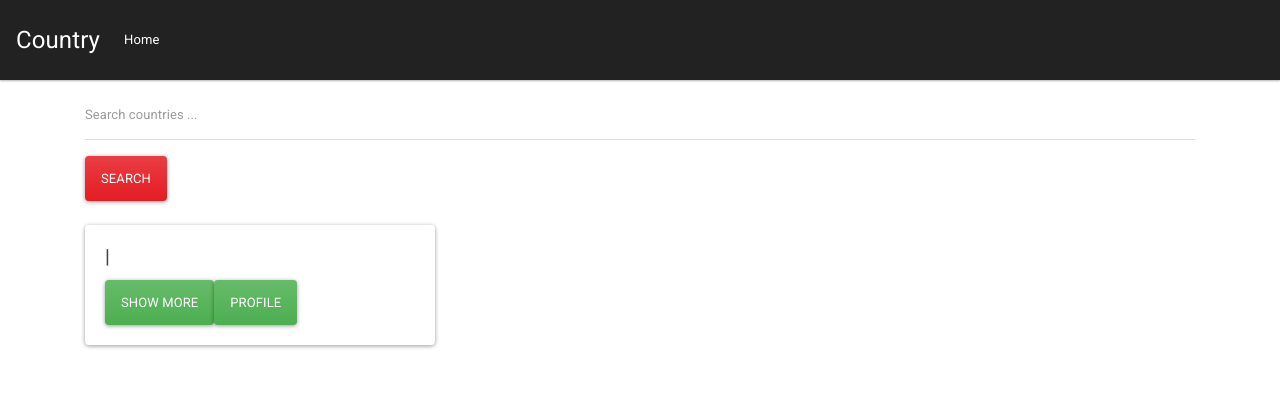
Repository: abdelhak-f/Countries_React
Page: / (app in client/)
An editor plug-in stored every save of this project. The page is shown before and after the next save, followed by the edit.
The browser window is 1280 px wide. The pictures show the whole page.
The page's requests for data from a server got no answer. The project was rebuilt for these pictures with package versions that can differ from the ones it lists, and the page was loaded fresh each time. No one was signed in, and anything a server would have sent is missing.

Above is the page before, as saved 2021-05-07 10:45:14.

### client/src/App.js
import  React from 'react';
import './App.css';
import Countries from  './components/Countries';
import  Navbar from './components/partials/Navbar';

function App() {
  return (
    <div className="App">
      <Navbar />
      <div className="container">
             <Countries />
      </div>

    </div>
  );
}

export default App;

### client/src/components/Countries.jsx
import React, { Component } from 'react';
import  Country  from  './countrys/Country';
import SearchCountry from './countrys/SearchCountry';
import axios from 'axios';

class Countries extends Component {

    constructor(props) {
        super(props)

        this.state = {
             countries: [
                 {

                 }
             ]
        }
    }
    getCountry = () => {
        axios.get(`https://restcountries.eu/rest/v2/all`)
                       .then(response => {
                           this.setState({
                            countries: response.data
                           })
                       })
    }
    componentDidMount() {
        this.getCountry();
    }
    searchCountryFromGet =(data) => {
         if(data != ''){
              axios.get(`https://restcountries.eu/rest/v2/name/{name}{data}`)
              .then(response => {
                  console.log(response)
              })
         }
    }

  render() {
    return (
      <div>
          <div className="row   my-2">
              <div className="col-md-12">
       <SearchCountry getCountrySearch={this.searchCountryFromGet } />
              </div>
          </div>
          <div className="row">
        {this.state.countries.map (country => (
            <div className="col-md-4 mt-3 key={name.id}">
              <Country  country={country} />
               </div>
        ))}
        </div>
      </div>
    )
  }
}

export default Countries

### client/src/components/partials/Navbar.jsx
import React from 'react';

export default function Navbar() {
  return (
    <>
    <nav className="navbar navbar-expand-sm navbar-dark bg-dark">
        <a className="navbar-brand" href="#">Country</a>
        <button className="navbar-toggler d-lg-none" type="button" data-toggle="collapse" data-target="#collapsibleNavId" aria-controls="collapsibleNavId"
            aria-expanded="false" aria-label="Toggle navigation">
            <span className="navbar-toggler-icon"></span>
        </button>
        <div className="collapse navbar-collapse" id="collapsibleNavId">
            <ul className="navbar-nav mr-auto mt-2 mt-lg-0">
                <li className="nav-item active">
                    <a className="nav-link" href="#">Home <span className="sr-only">(current)</span></a>
                </li>
            </ul>

        </div>
    </nav>
    </>
  );
}

### client/src/components/countrys/Country.jsx
import React, { Component } from 'react'

class Country extends Component {
  render() {
    return (
      <>
         <div className="card">
                   <img className="card-img-top" src= {this.props.country.flag}  alt="" />
                   <div className="card-body">
                   <h4 className="card-title">{this.props.country.alpha2Code} | {this.props.country.alpha3Code}</h4>
                       <p className="card-text">
                           <a href= {this.props.country.code} className="btn btn-success ">show more</a>
                           <a href={this.props.country.regionalBlocs} className="btn btn-success ">profile</a>
                       </p>
                   </div>
                   </div>
      </>
    )
  }
}

export default Country

### client/src/components/countrys/SearchCountry.jsx
import React, { Component } from 'react'

class SearchCountry extends Component {
    state = {
        search : ''
    }
    handleForm = (e) => {
        this.setState({
            search:e.target.value
        })
    }

    searchCountries= (e) => {
        e.preventDefault();
        this.props.getCountrySearch(this.state.search)
    }
  render() {
      const {search} = this.state;
    return (

        <form onSubmit={this.searchCountries}>
            <div className="form-group ">
                <input onChange={this.handleForm} value={search} placeholder='Search countries ...' id="search" type="text" className="form-control"/>
                </div>
                {/* {search} */}
                <button className="btn btn-danger">Search</button>
        </form>

    )
  }
}

export default SearchCountry

Loaded but not shown: client/public/index.html (common file); client/src/index.js (common file); client/src/App.css (library)

After the next save:
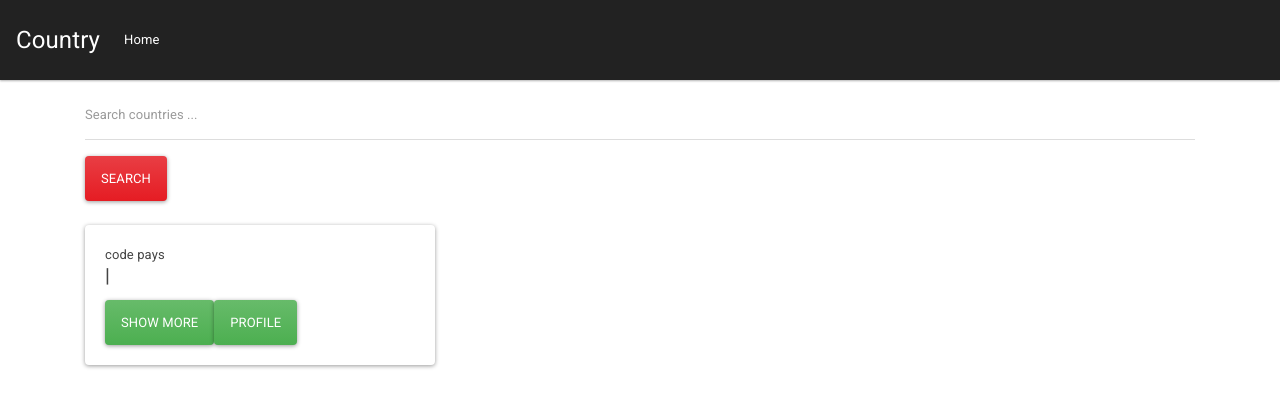
Saved 25 s later.
--- a/client/src/components/countrys/Country.jsx
+++ b/client/src/components/countrys/Country.jsx
@@ -7,6 +7,7 @@ class Country extends Component {
          <div className="card">
                    <img className="card-img-top" src= {this.props.country.flag}  alt="" />
                    <div className="card-body">
+                     code pays
                    <h4 className="card-title">{this.props.country.alpha2Code} | {this.props.country.alpha3Code}</h4>
                        <p className="card-text">
                            <a href= {this.props.country.code} className="btn btn-success ">show more</a>
